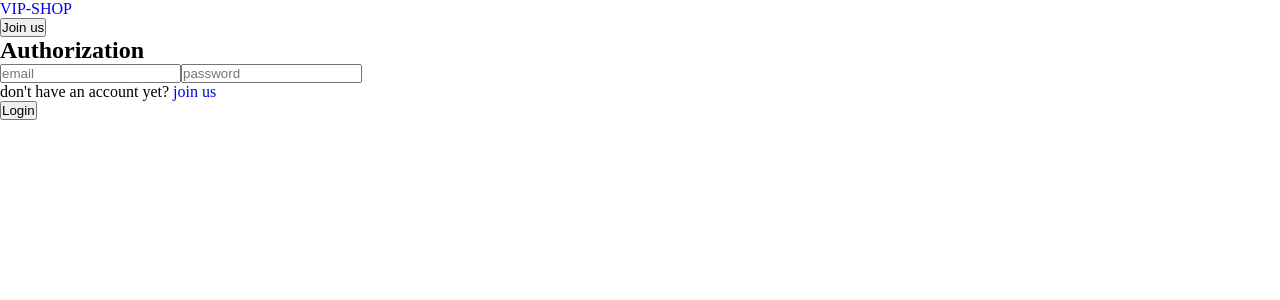
Repository: Mirsmog/VIP-SHOP
Page: /login (app in client/)
The author's editor kept a copy of each file at every save. The page is drawn from the files as they stood at one save, then again after the next save.
The browser window is 1280 px wide. The pictures show the whole page.
The page's requests for data from a server got no answer. The project was rebuilt for these pictures with package versions that can differ from the ones it lists, and the page was loaded fresh each time. No one was signed in, and anything a server would have sent is missing. Also part of the build but not shown: client/vite.config.js, client/src/components/modals/CreateBrand.jsx, client/src/components/modals/CreateType.jsx, client/src/components/modals/CreateDevice.jsx, client/src/pages/Admin.jsx, client/src/pages/DevicePage.jsx, client/src/components/TypeBar.jsx, client/src/components/BrandBar.jsx and 4 more.

Above is the page before, as saved 2023-11-05 12:01:52.

After the next save:
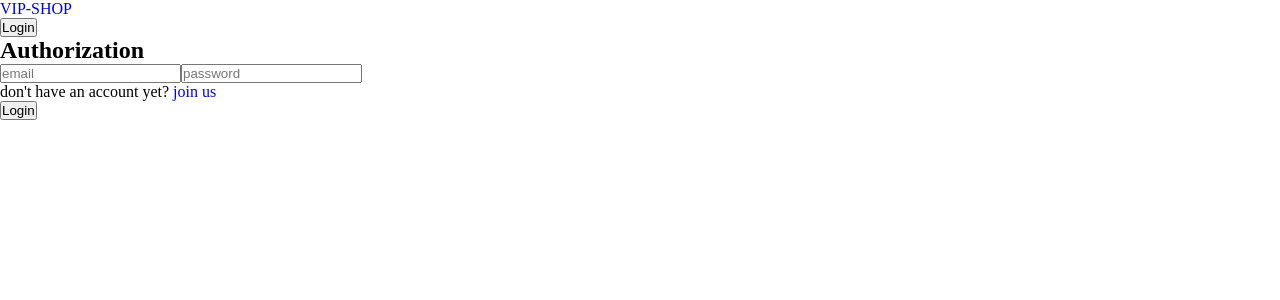
Saved 22 s later.
--- a/client/src/components/NavBar.jsx
+++ b/client/src/components/NavBar.jsx
@@ -47,7 +47,7 @@ const NavBar = observer(() => {
               variant={'outline-light'}
               onClick={() => navigate(REGISTRATION_ROUTE)}
             >
-              Join us
+              Login
             </Button>
           </Nav>
         )}
